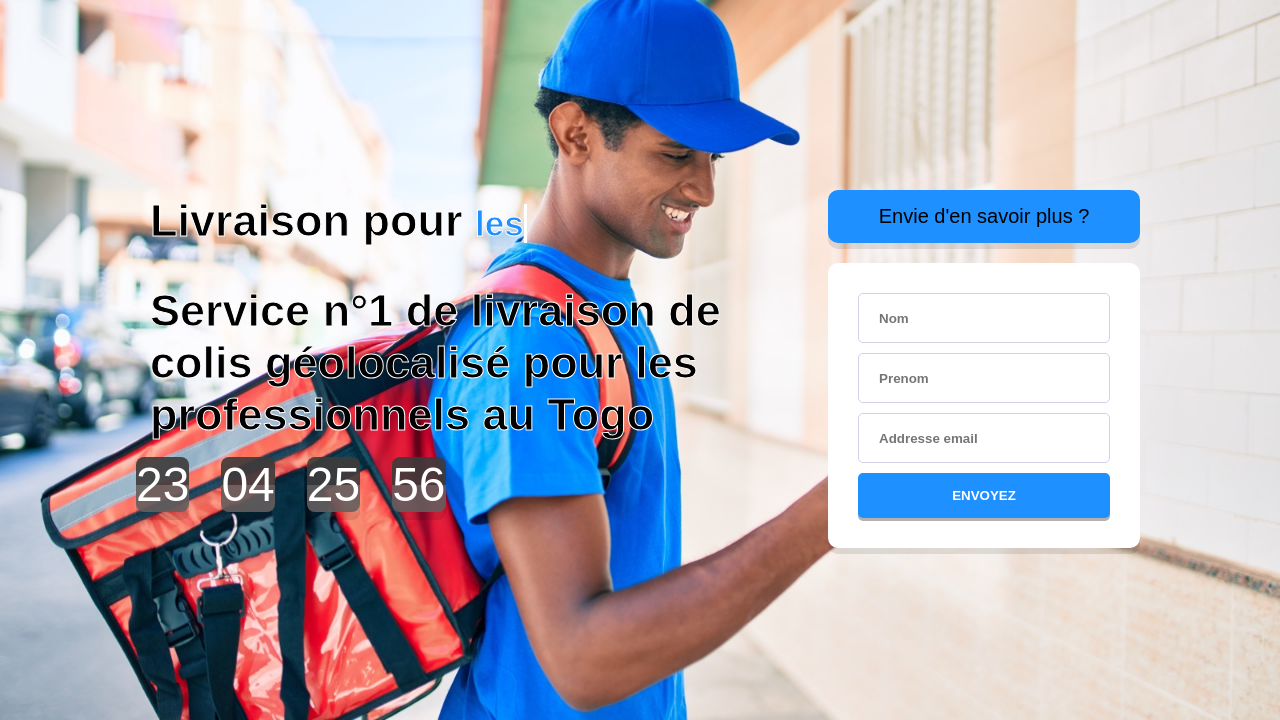
Repository: lawalalao/landpage
Page: index.html
An editor plug-in stored every save of this project. The page is shown before and after the next save, followed by the edit.
The browser window is 1280 px wide. The pictures show the whole page.
Some web fonts or font styles are not loaded; a fallback is used.

Above is the page before, as saved 2021-01-12 19:56:37.
Console error: TypeError: Cannot read properties of null (reading 'addEventListener')

### index.html
<!DOCTYPE html>
<html lang="en">
<head>
    <meta charset="UTF-8">
    <meta name="description" content="Néré Consultants, agence de relations publics dédiée à l'Afrique.">
    <meta name="viewport" content="width=device-width, initial-scale=1.0">
    <link rel="preconnect" href="https://fonts.gstatic.com">
    <link href="https://fonts.googleapis.com/css2?family=Allerta+Stencil&display=swap" rel="stylesheet">
    <link rel="stylesheet" href="style.css">
    <title>chapchap</title>
</head>
<body>

        <div class="nav" id="navbar">
            <div class="logo">
                 <a href="#">
                     <img src="./assets/logo.png" alt="chapchap" width="100%" height="100vh"/>
                 </a>
            </div>
            <div class="links">


            </div>
        </div>

    <section class="signup">
        <div class="signup-intro">
            <h1 class="z">Livraison pour
                <span class="txt-type" data-wait="500" data-words='["les colis", "les plis", "les marchandises", "le retail", "le dernier Kilometre"]'></span>
            </h1>
            <h1 class="x">Service n°1 de livraison de colis géolocalisé pour les professionnels au Togo</h1>
             <div class="countdown"></div>

        </div>

        <div class="signup-form">
            <div class="tryit-banner">
                <p>Envie d'en savoir plus ? </p>
            </div>

            <form action="https://formspree.io/f/xleollba" method="POST"">
                <input type="text" name="name" placeholder="Nom">
                <input type="text" name="name" placeholder="Prenom">
                <input type="email" name="_replyto"placeholder="Addresse email" required>

                <button class="button">Envoyez</button>

            </form>
        </div>
    </section>
</body>
<script src="./app.js"></script>
<script>  var prevScrollpos = window.pageYOffset;
      window.onscroll = function() {

      var currentScrollpos = window.pageYOffset;
      if(prevScrollpos > currentScrollpos) {
            document.getElementById("navbar").style.top = "0";
      } else {
            document.getElementById("navbar").style.top = "-400px";
      }

      prevScrollpos = currentScrollpos;

      }</script>
</html>

### style.css
body {
    font-family: 'Allerta Stencil',
    sans-serif;
    max-width: 310px;
    margin: 0 auto;
    padding: 20px 20px;
    background: url("./assets/image.jpeg") center no-repeat;
    background-repeat: no-repeat;
    background-size: cover;
    color: Black;
    text-align: center;
}
.nav {

    position: fixed;
    z-index: 1000;
    top: 0;
    right: 30px;
    left: 30px;
    height: 35px;
    display: flex;
    flex-direction: row;
    justify-content: space-between;
    align-items: center;
    padding: 0 25px 0 25px;
    background-color: transparent;
    transition: top 0.3s;


}
 .nav {
     height: 80px;
     margin-top: 35px;
 }

.nav a {
    float: left;
    font-size: 28px;
    font-weight: bold;
    margin-left: 25px;
    color: black;
    text-decoration: none;

}
.txt-type>.txt {
    font-size: 35px;
    color: #1E90FF;
    border-right: 0.2rem solid white;
}
h1{
     -webkit-text-stroke: 1px white;
     color:black;
}
p {
    font-size: 14px;
}

.tryit-banner {
    background-color:#1E90FF;
    border-radius: 10px;
    margin-top: 50px;
    box-shadow: 0px 6px 0px rgba(0, 0, 0, 0.1);
    font-size: 14px;
}

.tryit-banner p {
    padding: 15px 0;
}

input, button {
    font-family: 'Allerta Stencil',
    sans-serif;
}

form {
    background-color: #fff;
    margin-top: 20px;
    display: flex;
    flex-direction: column;
    padding: 20px;
    border-radius: 10px;
    box-shadow: 0px 6px 0px rgba(0, 0, 0, 0.1);
}

input {
    box-sizing: border-box;
    width: 100%;
    height: 50px;
    padding-left: 20px;
    font-weight: 600;
    border: 1px solid hsl(245, 35%, 87%);
    border-radius: 5px;
    margin-bottom: 10px;
    transition: 0.1s;
}

input:hover {
    border: 1px solid hsl(246, 25%, 77%);
}

.button {
    background-color:#1E90FF;
    font-family: 'Allerta Stencil',
    sans-serif;
    border: none;
    border-radius: 5px;
    box-shadow: 0px 3px 0px rgba(0, 0, 0, 0.3);
    padding: 15px 0;
    text-transform: uppercase;
    color: #fff;
    font-weight: 600;
    transition: 0.5s;
}

.button:hover {
    background-color:#042b52;
}

.form-disclaimer {
    color: hsl(246, 25%, 77%);
    font-size: 10px;
}

.terms {
    text-decoration: none;
    font-weight: 600;
    color: hsl(0, 100%, 74%);
}
 .countdown {

    display: flex;
    margin-left: -30px;

    font-size: 30px;
     font-weight: 200;

 }

 .countdown div {

     background: linear-gradient(to bottom,
             rgba(61, 58, 58, 0.9) 50%,
             rgba(99, 93, 93, 0.9) 0);


     color: white;

     margin: 1rem 1rem 3rem 1rem;
     font-size: 3rem;
     font-weight: 400;
     display: flex;
     justify-content: center;
     align-items: center;
     box-shadow: 0px 8px 0px rgba(0, 0, 0, 0.1);
     border-radius: 8px;

     position: relative;
 }

 .countdown div::before {
     content: "";
     position: absolute;

     height: 0.24rem;
     background-color: #17181b;
 }

 .countdown div::after {
     content: attr(data-content);
     font-size: 6rem;
     font-weight: 400;
     position: absolute;
     bottom: -6rem;
 }

 @media screen and (min-width: 480px) {
     .countdown {
         font-size: 25px;
         display: flex;

     }
      .nav a{
          height: 80px;
          margin-top: 35px;
      }

     .countdown div {
         display: flex;
         margin: 1rem 1rem 1rem 1rem;
         font-size: 2rem;
         flex-direction: column;
     }

     .countdown div::after {
         font-size: 2rem;
         display: flex;
         flex-direction: column;
         width: 60%;

     }

    .z{
        margin-top: 35px;
    }
 }

 @media screen and (min-width: 768px) {
     .countdown {
         font-size: 56px;


     }

     .countdown {
         font-size: 25px;
         display: flex;

     }

     .countdown div {
         display: flex;
         margin: 1rem 1rem 1rem 1rem;
         font-size: 3rem;
         flex-direction: column;
     }

     .countdown div::after {
         font-size: 2.2rem;
         display: flex;
         flex-direction: column;
         width: 60%;

     }

     .signup {
         text-align: center;
     }
 }

 @media screen and (min-width: 1024px) {
     header .content .countdown {
         font-size: 72px;

     }
 }

 @media screen and (min-width: 1280px) {
     .content .countdown {
         font-size: 56px;
     }
 }
@media screen and (min-width: 900px) {
    .nav{
         height: 80px;
         margin-top: 35px;
    }
    .nav a {
        float: left;
        font-size: 40px;
        font-weight: bold;
        margin-left: 25px;
        color: black;
        text-decoration: none;

    }
    .signup {
        display: flex;
        justify-content: space-between;
    }

    .signup-intro {
        width: 100%;
        margin-left: 10px;
        display: flex;
        flex-direction: column;
        justify-content: center;
        text-align: left;
    }

    .signup-form {
        width: 46%;
      font-family: 'Allerta Stencil',
      sans-serif;

    }

    form {
        padding: 30px;
    }

    body {
        margin:100px auto;
        max-width: 1000px;
        padding: 40px 20px;
        background: url("./assets/image.jpeg") ;
        background-repeat: no-repeat;
        background-size: cover;
        font-family: 'Allerta Stencil',
        sans-serif;
    }

    h1 {
        font-size:45px;
        margin-bottom: 0px;
        -webkit-text-stroke: 1px white;
        color:black;
    }

    p {
        font-size: 20px;
    }
}

### app.js
const countdown = document.querySelector(".countdown");

const interval = setInterval(() => {
  const deadline = new Date(2021,01, 05, 00, 00, 00);

  const current = new Date();

  const diff = deadline - current;

  const days = Math.floor(diff / (1000 * 60 * 60 * 24)) + "";
  const hours = Math.floor((diff / (1000 * 60 * 60)) % 24) + "";
  const minutes = Math.floor((diff / (1000 * 60)) % 60) + "";
  const seconds = Math.floor((diff / 1000) % 60) + "";

  countdown.innerHTML = `
    <div data-content="">${days.length === 1 ? `0${days}` : days}</div>
    <div data-content="">${hours.length === 1 ? `0${hours}` : hours}</div>
    <div data-content="">${
      minutes.length === 1 ? `0${minutes}` : minutes
    }</div>
    <div data-content="">${
      seconds.length === 1 ? `0${seconds}` : seconds
    }</div>
`;

  if (diff < 0) {
    clearInterval(interval);
    countdown.innerHTML = "<h1>Here We Go!!!</h1>";
  }

  document.querySelector(".reset").addEventListener("click", () => {
    clearInterval(interval);

    const divs = document.querySelectorAll(".countdown div");

    divs.forEach((div) => {
      div.innerHTML = "00";
    });
  });
}, 1000);


// ES6 Class
class TypeWriter {
  constructor(txtElement, words, wait = 3000) {
    this.txtElement = txtElement;
    this.words = words;
    this.txt = '';
    this.wordIndex = 0;
    this.wait = parseInt(wait, 10);
    this.type();
    this.isDeleting = false;
  }

  type() {
    // Current index of word
    const current = this.wordIndex % this.words.length;
    // Get full text of current word
    const fullTxt = this.words[current];

    // Check if deleting
    if(this.isDeleting) {
      // Remove char
      this.txt = fullTxt.substring(0, this.txt.length - 1);
    } else {
      // Add char
      this.txt = fullTxt.substring(0, this.txt.length + 1);
    }

    // Insert txt into element
    this.txtElement.innerHTML = `<span class="txt">${this.txt}</span>`;

    // Initial Type Speed
    let typeSpeed = 300;

    if(this.isDeleting) {
      typeSpeed /= 2;
    }

    // If word is complete
    if(!this.isDeleting && this.txt === fullTxt) {
      // Make pause at end
      typeSpeed = this.wait;
      // Set delete to true
      this.isDeleting = true;
    } else if(this.isDeleting && this.txt === '') {
      this.isDeleting = false;
      // Move to next word
      this.wordIndex++;
      // Pause before start typing
      typeSpeed = 500;
    }

    setTimeout(() => this.type(), typeSpeed);
  }
}


// Init On DOM Load
document.addEventListener('DOMContentLoaded', init);

// Init App
function init() {
  const txtElement = document.querySelector('.txt-type');
  const words = JSON.parse(txtElement.getAttribute('data-words'));
  const wait = txtElement.getAttribute('data-wait');
  // Init TypeWriter
  new TypeWriter(txtElement, words, wait);
}

After the next save:
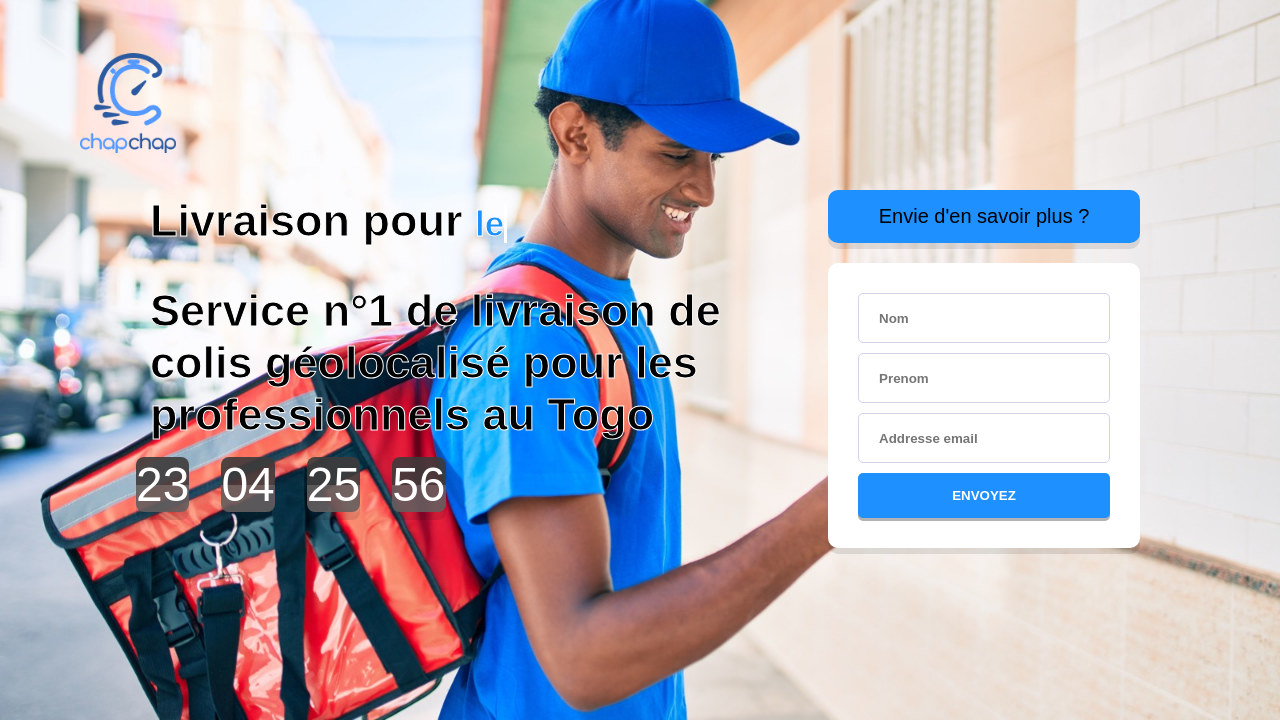
Saved 39 s later.
--- a/index.html
+++ b/index.html
@@ -50,17 +50,5 @@
     </section>
 </body>
 <script src="./app.js"></script>
-<script>  var prevScrollpos = window.pageYOffset;
-      window.onscroll = function() {
 
-      var currentScrollpos = window.pageYOffset;
-      if(prevScrollpos > currentScrollpos) {
-            document.getElementById("navbar").style.top = "0";
-      } else {
-            document.getElementById("navbar").style.top = "-400px";
-      }
-
-      prevScrollpos = currentScrollpos;
-
-      }</script>
 </html>

After the 2 saves that followed:
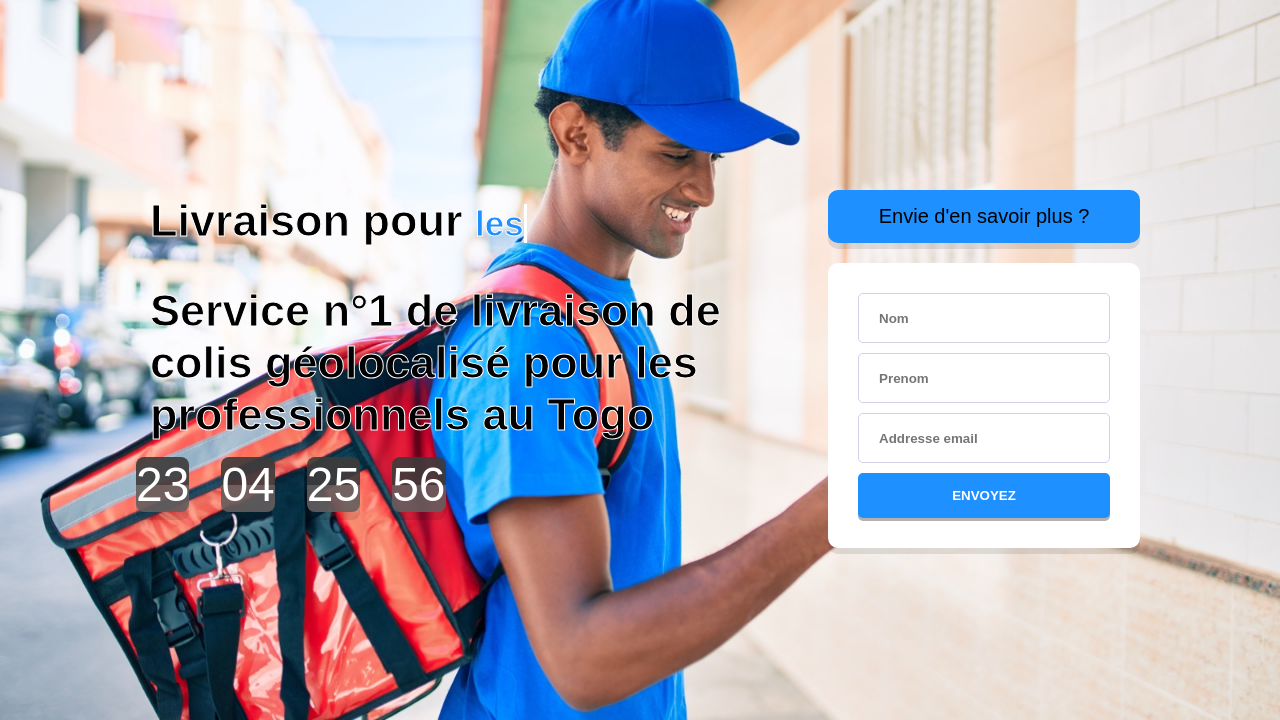
The 2 saves are shown as one change because 1 left the picture as it was.
The last was saved 105 s later.
--- a/index.html
+++ b/index.html
@@ -50,5 +50,17 @@
     </section>
 </body>
 <script src="./app.js"></script>
+<script>  var prevScrollpos = window.pageYOffset;
+      window.onscroll = function() {
 
+      var currentScrollpos = window.pageYOffset;
+      if(prevScrollpos > currentScrollpos) {
+            document.getElementById("navbar").style.top = "0";
+      } else {
+            document.getElementById("navbar").style.top = "-400px";
+      }
+
+      prevScrollpos = currentScrollpos;
+
+      }</script>
 </html>
--- a/style.css
+++ b/style.css
@@ -183,7 +183,9 @@ input:hover {
           height: 80px;
           margin-top: 35px;
       }
-
+        .z {
+            margin-top: 35px;
+        }
      .countdown div {
          display: flex;
          margin: 1rem 1rem 1rem 1rem;
@@ -199,9 +201,7 @@ input:hover {
 
      }
 
-    .z{
-        margin-top: 35px;
-    }
+
  }
 
  @media screen and (min-width: 768px) {
